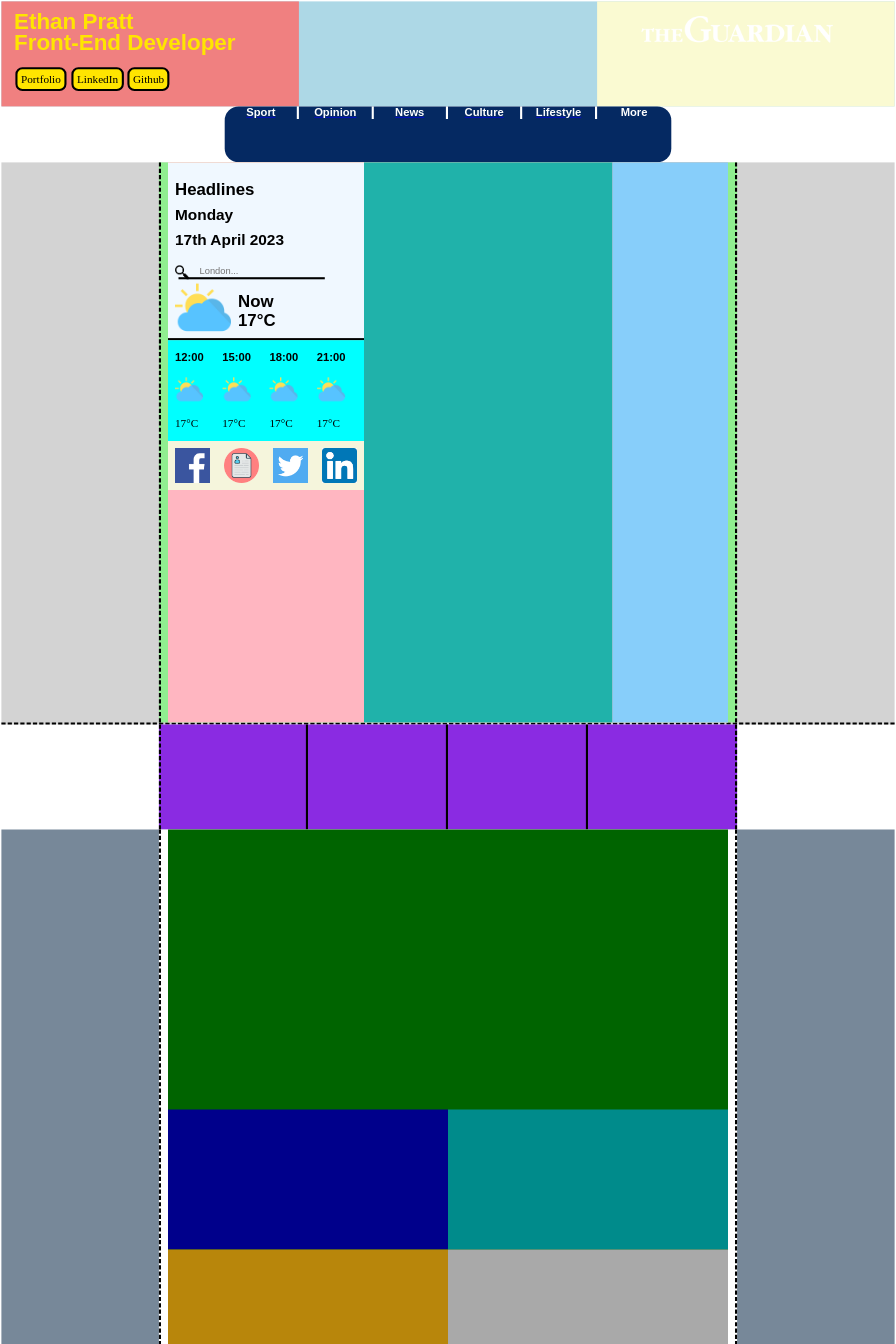
Repository: ghend99/News-Media
Page: index.html
An editor plug-in stored every save of this project. The page is shown before and after the next save, followed by the edit.
The browser window is 1280 px wide. The pictures show the part of the page from y = 0 to 1920 px (the page is 4065 px tall), at 70% of full size.
Some web fonts or font styles are not loaded; a fallback is used.

Above is the page before, as saved 2023-05-07 15:22:58.

### index.html
<!DOCTYPE html>
<html lang="en">
  <head>
    <meta charset="UTF-8" />
    <meta http-equiv="X-UA-Compatible" content="IE=edge" />
    <meta name="viewport" content="width=device-width, initial-scale=1.0" />

    <link rel="stylesheet" href="style.css" />

    <title>Document</title>
  </head>
  <body>
    <!-- Header Container -->
    <div id="header-container">
      <div id="header-left-section">
        <p class="header-name webpage-header">Ethan Pratt</p>
        <p class="header-job webpage-header">Front-End Developer</p>
        <p class="header-social-link header-social-link-portfolio">Portfolio</p>
        <p class="header-social-link header-social-link-linkedin">LinkedIn</p>
        <p class="header-social-link header-social-link-github">Github</p>
      </div>
      <div id="header-middle-section"></div>
      <div id="header-right-section">
        <img class="header-logo" src="./images/guardian-logo.png" />
      </div>
    </div>

    <!-- Navigation Links Container -->
    <div id="navigation-link-container">
      <a href="page2.html">
        <p class="navigation-link webpage-header">Sport</p>
      </a>

      <a href="page2.html">
        <p class="navigation-link webpage-header">Opinion</p>
      </a>

      <a href="page2.html">
        <p class="navigation-link webpage-header">News</p>
      </a>

      <a href="page2.html">
        <p class="navigation-link webpage-header">Culture</p>
      </a>

      <a href="page2.html" id="nav-link">
        <p class="navigation-link webpage-header">Lifestyle</p>
      </a>

      <a>
        <p class="navigation-link webpage-header" id="navigation-link6">More</p>
      </a>
    </div>

    <!-- News Section 1 -->

    <div id="news1-container">
      <div id="news1-wrapper">
        <div id="news1-article-container">
          <div id="news1-weather-container">
            <div id="weather-top-section">
              <p class="weather-container-header webpage-header">Headlines</p>
              <p class="weather-container-day webpage-header">Monday</p>
              <p class="weather-container-date webpage-header">
                17th April 2023
              </p>
              <img src="./images/search-icon-black.png" class="search-icon" />
              <input
                type="text"
                placeholder="London..."
                class="weather-container-location-input"
              />
              <img
                class="weather-location-current-icon"
                src="./images/cloudy.png"
              />
              <p class="weather-location-current-text webpage-header">
                Now <br />17°C
              </p>
            </div>
            <div id="weather-middle-section">
              <div id="weather-middle-section-time1">
                <p class="webpage-header">12:00</p>
                <img src="./images/cloudy.png" class="weather-now-icon" />
                <p>17°C</p>
              </div>
              <div id="weather-middle-section-time2">
                <p class="webpage-header">15:00</p>
                <img src="./images/cloudy.png" class="weather-now-icon" />
                <p>17°C</p>
              </div>
              <div id="weather-middle-section-time3">
                <p class="webpage-header">18:00</p>
                <img src="./images/cloudy.png" class="weather-now-icon" />
                <p>17°C</p>
              </div>
              <div id="weather-middle-section-time4">
                <p class="webpage-header">21:00</p>
                <img src="./images/cloudy.png" class="weather-now-icon" />
                <p>17°C</p>
              </div>
            </div>
            <div id="weather-bottom-section">
              <img
                class="weather-soiclas-link-icon"
                src="./images/facebook.png"
              />
              <img
                class="weather-soiclas-link-icon"
                src="./images/resume-icon.png"
              />
              <img
                class="weather-soiclas-link-icon"
                src="./images/twitter.png"
              />
              <img
                class="weather-soiclas-link-icon"
                src="./images/linekdin.png"
              />
            </div>
          </div>
          <div id="news1-article1-container"></div>
          <div id="news1-article2-container"></div>
        </div>
      </div>
    </div>

    <!-- News Headers -->
    <div id="news-headers">
      <div class="news-header"></div>
      <div class="news-header"></div>
      <div class="news-header"></div>
      <div class="news-header" id="news-header4"></div>
    </div>

    <!-- News Section 2 -->
    <div id="news2-container">
      <div id="news2-wrapper">
        <div id="news2-article-container">
          <div id="news2-article1"></div>
          <div id="news2-article2">
            <div id="news2-article2-article1"></div>
            <div id="news2-article2-article2"></div>
            <div id="news2-article2-article3"></div>
            <div id="news2-article2-article4"></div>
          </div>
        </div>
      </div>
    </div>

    <!-- News Section 3 -->
    <div id="news3-container">
      <div id="news3-wrapper">
        <div id="news3-article-container">
          <div id="news3-article1-container"></div>
          <div id="news3-article2-container"></div>
        </div>
      </div>
    </div>

    <!-- News Section 4 -->
    <div id="news4-container">
      <div id="news4-wrapper">
        <div id="news4-article-container">
          <div id="news4-article1-container-header"></div>
          <div id="news4-article2-container">
            <div id="news4-article2-article1"></div>
            <div id="news4-article2-article2"></div>
            <div id="news4-article2-article3"></div>
            <div id="news4-article2-article4"></div>
          </div>
        </div>
      </div>
    </div>

    <!-- News Section 5 -->
    <div id="news5-container">
      <div id="news5-wrapper">
        <div id="news5-article-container">
          <div id="news5-article1-container"></div>
          <div id="news5-article2-container"></div>
        </div>
      </div>
    </div>

    <!-- Footer -->
    <div id="footer-container">
      <div id="footer-wrapper">
        <div id="footer-content-container">
          <div id="footer-navigation-link-container">
            <a href="page2.html">
              <p class="navigation-link webpage-header"></p>
            </a>

            <a href="page2.html">
              <p class="navigation-link webpage-header"></p>
            </a>

            <a href="page2.html">
              <p class="navigation-link webpage-header"></p>
            </a>

            <a href="page2.html">
              <p class="navigation-link webpage-header"></p>
            </a>

            <a href="page2.html" id="nav-link">
              <p class="navigation-link webpage-header"></p>
            </a>

            <a>
              <p
                class="navigation-link webpage-header"
                id="navigation-link6"
              ></p>
            </a>
          </div>
          <div id="footer-section2">
            <div id="footer-section2-section1"></div>
            <div id="footer-section2-section2"></div>
            <div id="footer-section2-section3"></div>
            <div id="footer-section2-section4"></div>
            <div id="footer-section2-section5"></div>
          </div>
        </div>
      </div>
    </div>
  </body>
</html>

### style.css
@import url("https://fonts.googleapis.com/css2?family=Signika+Negative:wght@600&display=swap");

body {
  margin: 2px;
}

.webpage-header {
  font-family: "Signika Negative", sans-serif;
  font-weight: bold;
}

#header-container {
  display: grid;
  grid-template-columns: 1fr 1fr 1fr;
  grid-template-rows: 1fr;
  width: 100%;
  min-width: 310px;
  max-height: 300px;
  min-height: 150px;
  background-color: lightblue;
}

#header-left-section {
  background-color: lightcoral;
}

.header-name {
  position: absolute;
  color: #ffe500;
  font-size: 32px;
  left: 20px;
  top: -20px;
}

.header-job {
  position: absolute;
  color: #ffe500;
  font-size: 32px;
  left: 20px;
  top: 10px;
}

.header-social-link {
  position: absolute;
  border: solid;
  padding: 5px;
  background-color: #ffe500;
  width: fit-content;
  border-radius: 10px;
}

.header-social-link-portfolio {
  top: 80px;
  margin-left: 20px;
}

.header-social-link-linkedin {
  top: 80px;
  margin-left: 100px;
}

.header-social-link-github {
  top: 80px;
  margin-left: 180px;
}

#header-right-section {
  background-color: lightgoldenrodyellow;
}

.header-logo {
  position: absolute;
  width: 300px;
  margin-left: 50px;
  margin-top: 20px;
}

#navigation-link-container {
  position: relative;
  display: grid;
  grid-template-columns: 1fr 1fr 1fr 1fr 1fr 1fr;
  grid-template-rows: 1fr;
  max-height: 200px;
  min-height: 80px;
  width: 50%;
  min-width: 310px;
  left: 50%;
  transform: translate(-50%);
  background-color: #052962;
  border-radius: 20px;
  text-align: center;
}

.navigation-link {
  border-right: solid;
  border-color: white;
  margin-top: auto;
  margin-bottom: auto;
  color: white;
}

#navigation-link6 {
  border-right: none;
}

#news1-container {
  /* width: 100%;
  min-width: 304px; */
  max-height: 1000px;
  min-height: 800px;
  background-color: lightgray;
  border-bottom: dashed;
}

#news1-wrapper {
  position: relative;
  left: 50%;
  transform: translate(-50%);
  background-color: lightgreen;
  max-width: 50%;
  min-width: 800px;
  max-height: 900px;
  min-height: 800px;
  border-left: dashed;
  border-right: dashed;
  padding-left: 10px;
  padding-right: 10px;
}

#news1-article-container {
  position: relative;
  display: grid;
  grid-template-columns: 0.5fr 1.5fr 0.7fr;
  grid-template-rows: 1fr;
  width: 100%;
  min-width: 304px;
  max-height: 900px;
  min-height: 800px;
  background-color: lightpink;
}

#news1-weather-container {
  display: grid;
  grid-template-columns: 1fr;
  grid-template-rows: 0.7fr 1fr 1fr;
  background-color: lightsalmon;
  height: 450px;
}

#weather-top-section {
  background-color: aliceblue;
  border-bottom: solid;
  padding-left: 10px;
}

.weather-container-header {
  font-size: 24px;
  margin-bottom: 0;
}

.weather-container-day {
  font-size: 22px;
  margin-top: 10px;
  margin-bottom: 0;
}

.weather-container-date {
  font-size: 22px;
  margin-top: 10px;
}

.search-icon {
  position: absolute;
  top: 147px;
  width: 20px;
  left: 10px;
}

.weather-container-location-input {
  text-decoration: none;
  border: none;
  border-bottom: solid;
  background-color: transparent;
  padding-left: 30px;
  margin-left: 5px;
  margin-right: 5px;
  max-width: 200px;
  min-width: 50px;
}

.weather-location-current-icon {
  width: 80px;
}

.weather-location-current-text {
  position: absolute;
  font-size: 24px;
  top: 160px;
  left: 100px;
}
#weather-middle-section {
  background-color: aqua;
  display: grid;
  grid-template-columns: 1fr 1fr 1fr 1fr;
  grid-template-rows: 1fr;
  padding-left: 10px;
}

.weather-now-icon {
  width: 40px;
}

#weather-bottom-section {
  background-color: beige;
  display: grid;
  grid-template-columns: 1fr 1fr 1fr 1fr;
  grid-template-rows: 1fr;
}

.weather-soiclas-link-icon {
  width: 50px;
  padding: 10px;
}

#news1-article1-container {
  background-color: lightseagreen;
}

#news1-article2-container {
  background-color: lightskyblue;
}

#news-headers {
  position: relative;
  display: grid;
  grid-template-columns: 1fr 1fr 1fr 1fr;
  grid-template-rows: 1fr;
  max-height: 250px;
  min-height: 150px;
  left: 50%;
  transform: translate(-50%);
  width: 50%;
  min-width: 800px;
  background-color: blueviolet;
  border-left: dashed;
  border-right: dashed;
  padding-left: 10px;
  padding-right: 10px;
}

.news-header {
  border-right: solid;
}

#news-header4 {
  border-right: none;
}

#news2-container {
  /* width: 100%;
  min-width: 304px; */
  max-height: 800px;
  min-height: 620px;
  background-color: lightslategray;
  border-bottom: dashed;
}

#news2-wrapper {
  position: relative;
  left: 50%;
  transform: translate(-50%);
  background-color: white;
  max-width: 50%;
  min-width: 800px;
  max-height: 800px;
  min-height: 605px;
  border-left: dashed;
  border-right: dashed;
  padding-left: 10px;
  padding-right: 10px;
}

#news2-article-container {
  position: relative;
  display: grid;
  grid-template-columns: 1fr 1fr;
  grid-template-rows: 1fr;
  width: 100%;
  min-width: 304px;
  max-height: 900px;
  min-height: 600px;
  background-color: darkgreen;
}

#news2-article1 {
  min-height: 400px;
}

#news2-article2 {
  display: grid;
  grid-template-columns: 1fr 1fr;
  grid-template-rows: 1fr 1fr;
}

#news2-article2-article1 {
  background-color: darkblue;
}

#news2-article2-article2 {
  background-color: darkcyan;
}

#news2-article2-article3 {
  background-color: darkgoldenrod;
}

#news2-article2-article4 {
  background-color: darkgray;
}

#news3-container {
  max-height: 800px;
  min-height: 620px;
  background-color: darkred;
  border-bottom: dashed;
}

#news3-wrapper {
  position: relative;
  left: 50%;
  transform: translate(-50%);
  background-color: white;
  max-width: 50%;
  min-width: 800px;
  max-height: 800px;
  min-height: 605px;
  border-left: dashed;
  border-right: dashed;
  padding-left: 10px;
  padding-right: 10px;
}

#news3-article-container {
  display: grid;
  grid-template-columns: 0.6fr 1fr;
  grid-template-rows: 1fr;
  background-color: darkmagenta;
  width: 100%;
  min-width: 304px;
  max-height: 900px;
  min-height: 600px;
}

#news3-article1-container {
  background-color: darkslategray;
}

#news3-article2-container {
  background-color: darksalmon;
}

#news4-container {
  max-height: 550px;
  min-height: 400px;
  background-color: darkviolet;
  border-bottom: dashed;
}

#news4-wrapper {
  position: relative;
  left: 50%;
  transform: translate(-50%);
  background-color: white;
  max-width: 50%;
  min-width: 800px;
  max-height: 800px;
  min-height: 400px;
  border-left: dashed;
  border-right: dashed;
  padding-left: 10px;
  padding-right: 10px;
}

#news4-article-container {
  display: grid;
  grid-template-columns: 0.4fr 1fr;
  grid-template-rows: 1fr;
  width: 100%;
  min-width: 304px;
  max-height: 900px;
  min-height: 500px;
  background-color: darkolivegreen;
}

#news4-article2-container {
  display: grid;
  grid-template-columns: 1fr 1fr;
  grid-template-rows: 1fr 1fr;
}

#news4-article2-article1 {
  background-color: lightblue;
}

#news4-article2-article2 {
  background-color: lightcoral;
}

#news4-article2-article3 {
  background-color: lightgoldenrodyellow;
}

#news4-article2-article4 {
  background-color: lightgray;
}

#news5-container {
  max-height: 340px;
  min-height: 300px;
  background-color: darkviolet;
  border-bottom: dashed;
}

#news5-wrapper {
  position: relative;
  left: 50%;
  transform: translate(-50%);
  background-color: white;
  max-width: 50%;
  min-width: 800px;
  max-height: 800px;
  min-height: 300px;
  border-left: dashed;
  border-right: dashed;
  padding-left: 10px;
  padding-right: 10px;
}

#news5-article-container {
  display: grid;
  grid-template-columns: 1.8fr 1fr;
  grid-template-rows: 1fr;
  width: 100%;
  min-width: 304px;
  max-height: 900px;
  min-height: 340px;
}

#news5-article1-container {
  background-color: lightgray;
}

#news5-article2-container {
  background-color: darkmagenta;
}

#footer-container {
  max-height: 700px;
  min-height: 500px;
  background-color: #052962;
  border-bottom: dashed;
}

#footer-wrapper {
  position: relative;
  left: 50%;
  transform: translate(-50%);
  background-color: darkgreen;
  max-width: 50%;
  min-width: 800px;
  max-height: 800px;
  min-height: 500px;
  border-left: solid;
  border-right: solid;
  border-bottom: solid;
  padding-left: 10px;
  padding-right: 10px;
}

#footer-content-container {
  display: grid;
  grid-template-columns: 1fr;
  grid-template-rows: 0.2fr 1fr;
  background-color: darkmagenta;
  width: 100%;
  min-width: 304px;
  max-height: 900px;
  min-height: 600px;
}

#footer-navigation-link-container {
  display: grid;
  grid-template-columns: 1fr 1fr 1fr 1fr 1fr 1fr;
  background-color: lightsteelblue;
}

#footer-section2 {
  display: grid;
  grid-template-columns: 1.2fr 0.6fr 0.6fr 0.6fr 1fr;
  grid-template-rows: 1fr;
}

#footer-section2-section1 {
  background-color: bisque;
}

#footer-section2-section2 {
  background-color: lightcoral;
}

#footer-section2-section3 {
  background-color: lightsalmon;
}

#footer-section2-section4 {
  background-color: lightseagreen;
}

#footer-section2-section5 {
  background-color: darkorange;
}

@media screen and (min-width: 0) and (max-width: 1467px) {
  #news2-article-container {
    grid-template-columns: 1fr;
    grid-template-rows: 1fr 1fr;
    min-height: 700px;
  }
}

@media screen and (min-width: 0) and (max-width: 819px) {
  #news1-container {
    min-height: 1050px;
    border-bottom: dashed;
  }

  #news1-wrapper {
    min-width: 400px;
    min-height: 1040px;
  }

  #news1-article-container {
    display: block;
  }

  #news1-weather-container {
    display: inline-block;
    min-width: 100%;
    height: 380px;
  }

  .search-icon {
    /* display: none; */
    position: absolute;
    left: 255px;
    top: 47px;
  }

  .weather-container-location-input {
    /* display: none; */
    position: absolute;
    right: 30px;
    top: 50px;
    width: 80px;
  }

  .weather-location-current-icon {
    position: absolute;
    right: 110px;
    top: 80px;
    width: 60px;
    /* display: none; */
  }

  .weather-location-current-text {
    /* display: none; */
    position: absolute;
    left: 320px;
    top: 60px;
    width: 40px;
  }

  #weather-middle-section {
    height: 150px;
  }

  #news1-article1-container {
    grid-template-columns: 1fr;
    grid-template-rows: 1fr 1fr;
    min-width: 100%;
    min-height: 400px;
  }

  #news1-article2-container {
    display: inline-block;
    min-width: 100%;
    min-height: 250px;
  }

  #news-headers {
    grid-template-columns: 1fr 1fr 1fr;
    min-width: 400px;
    /* display: none; */
  }

  #news2-wrapper {
    min-width: 400px;
    /* display: none; */
  }

  #news3-wrapper {
    min-width: 400px;
  }

  #news3-article-container {
    display: grid;
    grid-template-columns: 1fr;
    grid-template-rows: 1fr 1fr;
  }

  #news4-wrapper {
    min-width: 400px;
  }

  #news4-article-container {
    grid-template-columns: 1fr;
    grid-template-rows: 0.2fr 1fr;
  }

  #news5-wrapper {
    min-width: 400px;
    min-height: 400px;
  }

  #news5-container {
    min-height: 400px;
  }

  #news5-article-container {
    grid-template-columns: 1fr;
    grid-template-rows: 1fr 1fr;
    min-height: 400px;
  }

  #footer-wrapper {
    min-width: 400px;
  }

  #footer-section2 {
    grid-template-columns: 1fr 1fr 1fr;
    grid-template-rows: 1fr;
  }
}

@media screen and (min-width: 0) and (max-width: 425px) {
  #header-container {
    grid-template-columns: 1fr 1fr;
  }

  .search-icon {
    left: 165px;
  }

  .weather-location-current-icon {
    left: 180px;
  }

  .weather-location-current-text {
    left: 250px;
  }

  #news1-wrapper {
    min-width: 310px;
    border: none;
    padding: 0;
  }

  #news-headers {
    grid-template-columns: 1fr 1fr;
    min-width: 310px;
    border: none;
    padding: 0;
  }

  .navigation-link {
    font-size: 12px;
  }

  #news2-wrapper {
    min-width: 310px;
    border: none;
    padding: 0;
  }

  #news3-wrapper {
    min-width: 310px;
    border: none;
    padding: 0;
  }

  #news4-wrapper {
    min-width: 310px;
    border: none;
    padding: 0;
  }

  #news5-wrapper {
    min-width: 310px;
    border: none;
    padding: 0;
  }

  #footer-wrapper {
    min-width: 310px;
    border: none;
    padding: 0;
  }
}

After the next save:
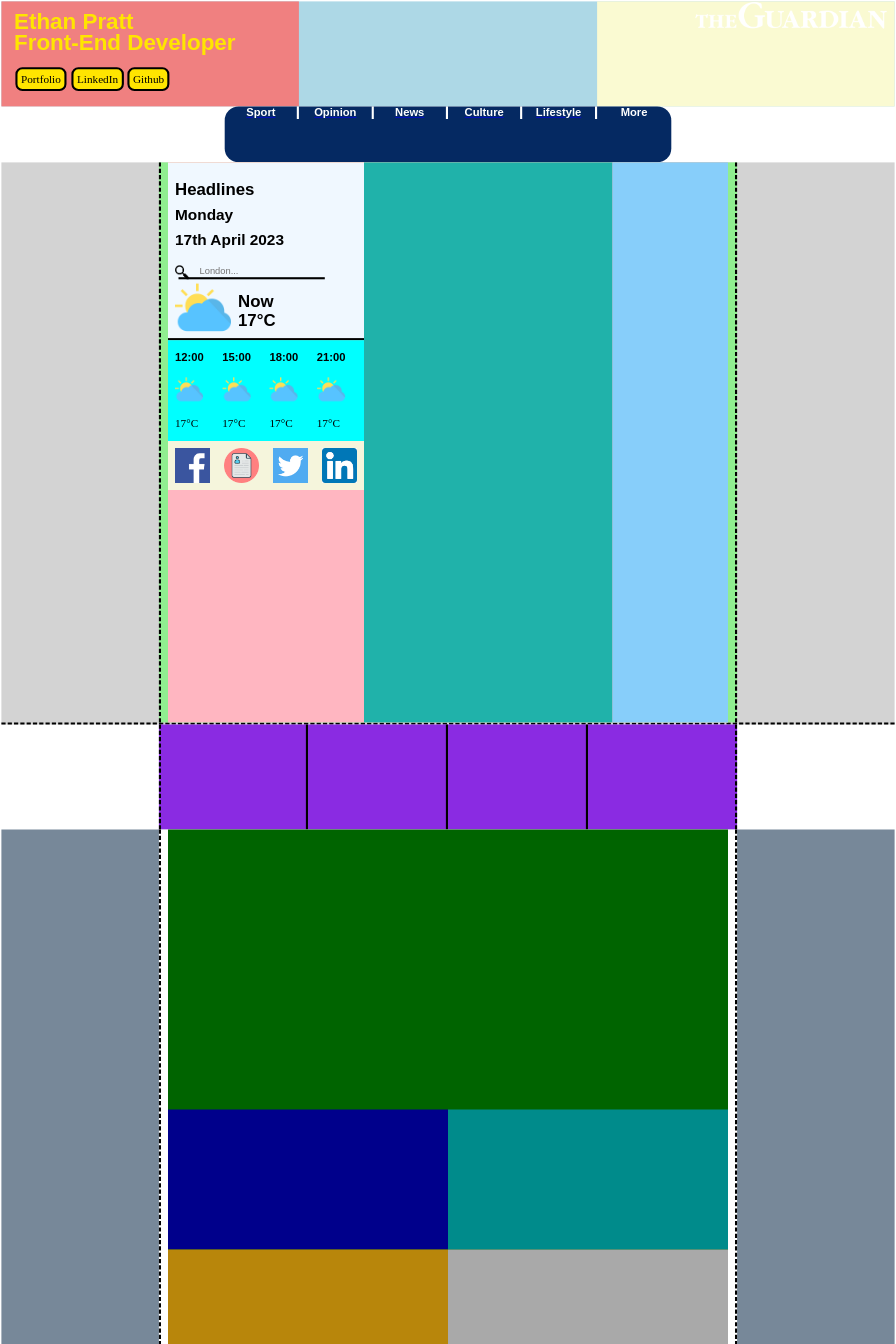
Saved 17 min 47 s later.
--- a/style.css
+++ b/style.css
@@ -72,7 +72,7 @@
   position: absolute;
   width: 300px;
   margin-left: 50px;
-  margin-top: 20px;
+  right: 0;
 }
 
 #navigation-link-container {
